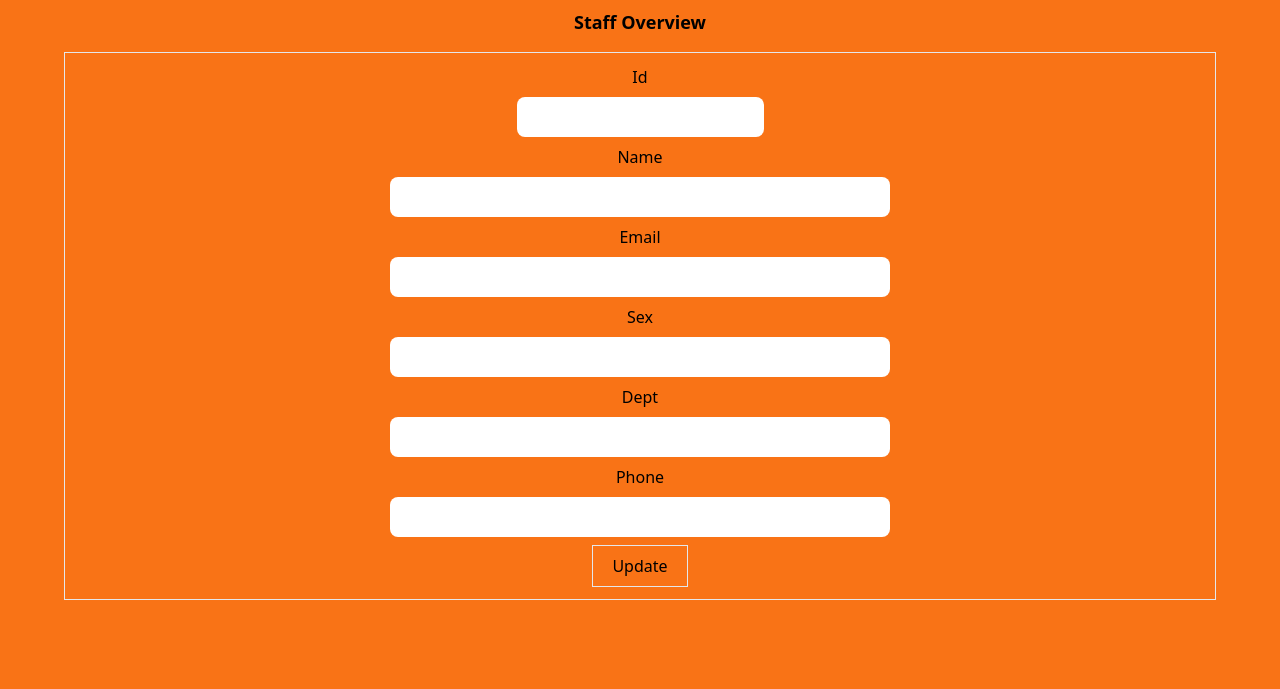
Repository: Semanmernstack/crud
Page: /employee/create
An editor plug-in stored every save of this project. The page is shown before and after the next save, followed by the edit.
The browser window is 1280 px wide. The pictures show the whole page.
The project was rebuilt for these pictures with package versions that can differ from the ones it lists, and the page was loaded fresh each time. Also part of the build but not shown: src/List.js, src/Details.js, src/Edit.js, src/Delete.js.

Above is the page before, as saved 2023-01-03 00:16:11.

### src/App.js
import List from "./List";
import {
  BrowserRouter,
  Routes,
  Route,

} from "react-router-dom";
import Details from "./Details";
import Create from "./Create";
import Edit from "./Edit";
import Delete from "./Delete";



function App() {
  return (
    <div className="bg-slate-100 h-screen">
      <BrowserRouter>

      <Routes>
        <Route path="/" element={<List/>}> </Route>
        <Route path="/employee/create" element={<Create/>}> </Route>
        <Route path="/employee/details/:empid" element={<Details/>}> </Route>
        <Route path="/employee/edit/:empid" element={<Edit/>}> </Route>
        <Route path="/employee/delete/:empid" element={<Delete/>}> </Route>
      </Routes>
      </BrowserRouter>

    </div>
  );
}

export default App;

### src/Create.js

import React, { useState } from 'react'
import { useNavigate } from 'react-router-dom'

function Create() {
  const [id, setId] = useState("")
  const [name, setName] = useState("")
  const [email, setEmail] = useState("")
  const [sex, setSex] = useState("")
  const [dept, setDept] = useState("")
  const [phone, setPhone] = useState("")
  const navigate = useNavigate()
  const handlesubmit = (e) => {
    e.preventDefault()
    const userData = {id,name,email,sex,dept,phone}

    fetch("http://localhost:8000/employee",{
      method:"POST",
      headers: {
        "content-type": "application/json"
      },
      body: JSON.stringify(userData),
    }).then((res) => {
        alert('Employee Data Updated')
        navigate("/")
    })
  }
  return (
    <div className="flex flex-col h-screen bg-orange-500  text-center ">
        <div>
            <p className="mb-4 mt-2 text-lg font-extrabold">Staff Overview</p>
        </div>
        <form onSubmit={handlesubmit}>
          <div className="flex text-center p-3 justify-center border max-w-6xl mx-auto  items-center flex-col gap-2">
            <div className="flex flex-col  items-center">
              <span>Id</span>
              <input value={id} onChange={(e) => setId(e.target.value)} className='w-full mt-2 outline-none border-none p-2 rounded-lg'   type="text" />
            </div>
            <div className="flex flex-col w-[500px] items-center">
              <span>Name</span>
              <input value={name} onChange={(e) => setName(e.target.value)} className='w-full mt-2 outline-none border-none p-2 rounded-lg' type="text" required />
            </div>
            <div className="flex flex-col w-[500px] items-center">
              <span>Email</span>
              <input value={email} onChange={(e) => setEmail(e.target.value)} className='w-full mt-2 outline-none border-none p-2 rounded-lg' type="email" required />
            </div>
            <div className="flex flex-col w-[500px] items-center">
              <span>Sex</span>
              <input value={sex} onChange={(e) => setSex(e.target.value)} className='w-full mt-2 outline-none border-none p-2 rounded-lg' type="text" required />
            </div>
            <div className="flex flex-col w-[500px] items-center">
              <span>Dept</span>
              <input value={dept} onChange={(e) => setDept(e.target.value)} className='w-full mt-2 outline-none border-none p-2 rounded-lg' type="text" required />
            </div>
            <div className="flex flex-col w-[500px] items-center">
              <span>Phone</span>
              <input value={phone} onChange={(e) => setPhone(e.target.value)} className='w-full mt-2 outline-none border-none p-2 rounded-lg' type="number" required />
            </div>
            <button className="border p-2 w-24 cursor-pointer hover:bg-rose-100">Update</button>
          </div>
        </form>
    </div>
  )
}

export default Create

Loaded but not shown: public/index.html (common file); src/index.js (common file); src/index.css (common file); src/reportWebVitals.js (common file); tailwind.config.js (common file)

After the next save:
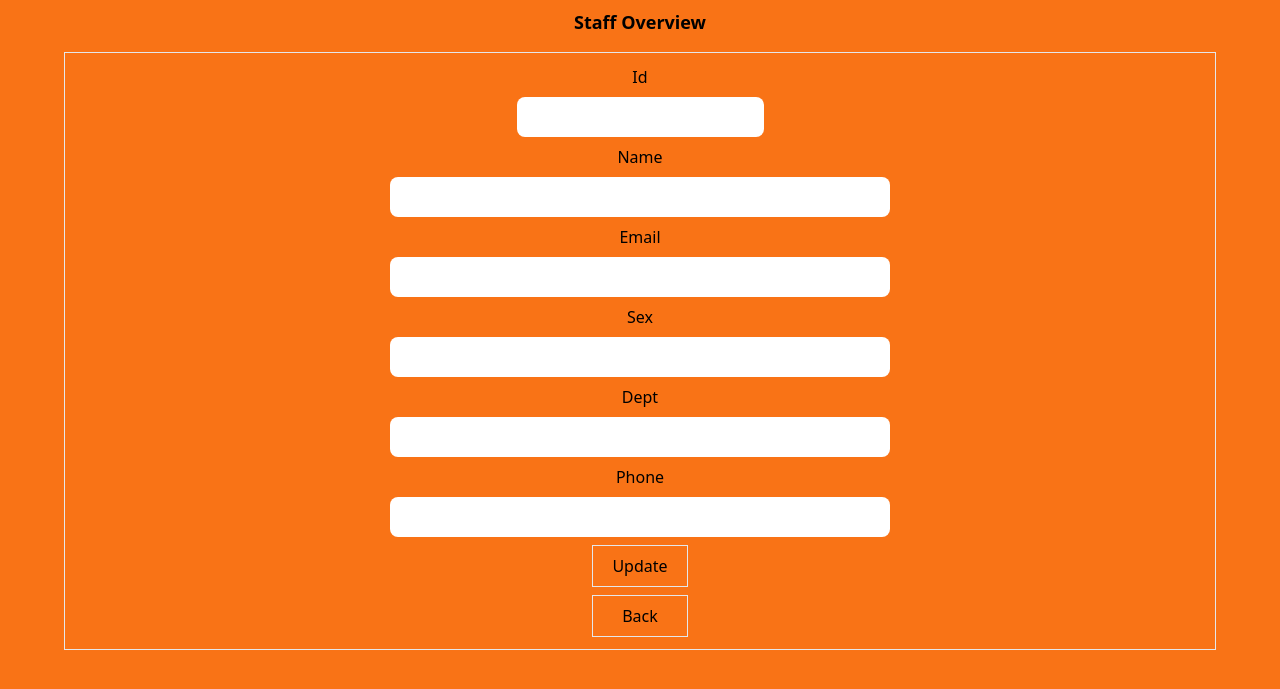
Saved 4 min 23 s later.
--- a/src/Create.js
+++ b/src/Create.js
@@ -57,6 +57,7 @@ function Create() {
               <input value={phone} onChange={(e) => setPhone(e.target.value)} className='w-full mt-2 outline-none border-none p-2 rounded-lg' type="number" required />
             </div>
             <button className="border p-2 w-24 cursor-pointer hover:bg-rose-100">Update</button>
+            <button className="border p-2 w-24 cursor-pointer hover:bg-rose-100"  >Back</button>
           </div>
         </form>
     </div>
